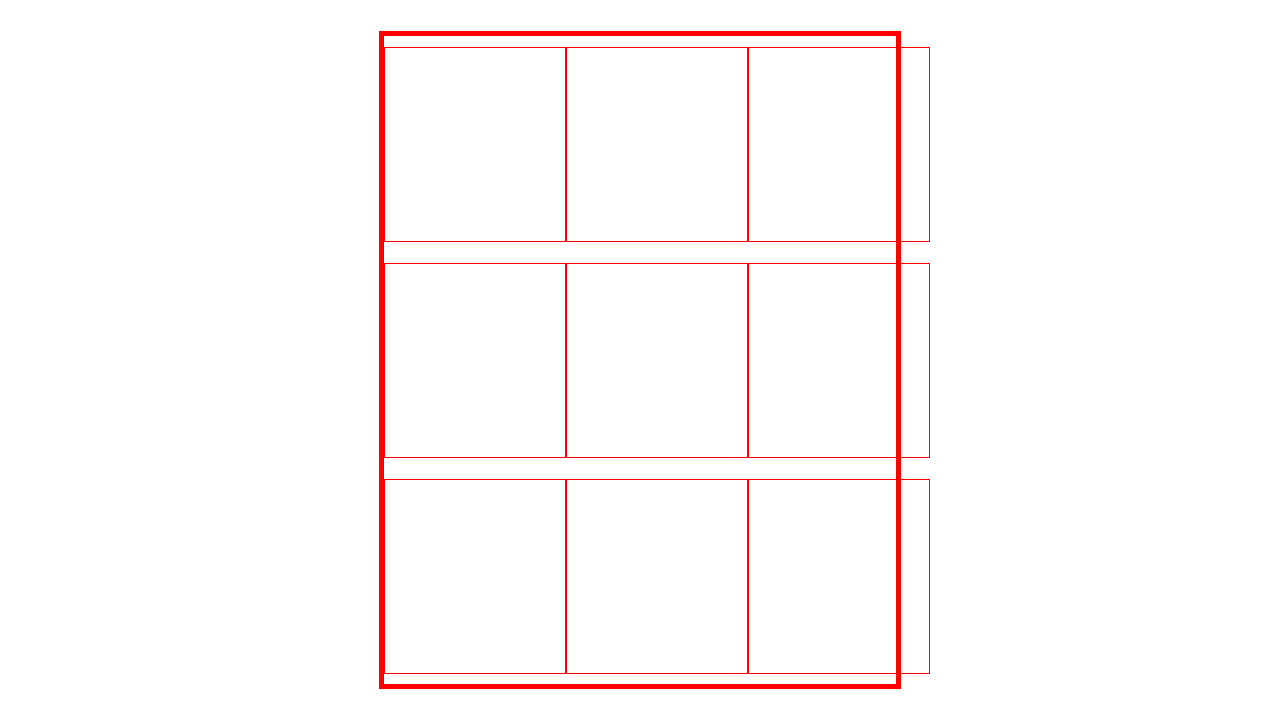
Repository: kocokoy/TOP-tic-tac-toe
Page: index.html
An editor plug-in stored every save of this project. The page is shown before and after the next save, followed by the edit.
The browser window is 1280 px wide. The pictures show the whole page.

Above is the page before, as saved 2024-11-08 14:27:19.

### index.html
<!DOCTYPE html>
<html lang="en">
<head>
  <meta charset="UTF-8">
  <meta name="viewport" content="width=device-width, initial-scale=1.0">
  <link rel="stylesheet" href="/styles/style.css">
  <title>Document</title>
</head>
<body>
 <div class='container'>
  <div class="gameboard">

  </div>
 </div>
<script src="/javascripts/scripts.js"></script>
</body>
</html>

### styles/style.css
body{
  padding: 0;
  margin: 0;
  height: 100vh;
  font-family: Arial, Helvetica, sans-serif;
}
.container{
  height:100%;
  display: flex;
  justify-content: center;
  align-items: center;
}
.gameboard{
  display: grid;
  grid-template-columns: 1fr 1fr 1fr;
  justify-items: center;
  align-items: center;
  border: 5px solid red;
  width: 40%;
  height: 90%;
}
.gameboard div{
  border: 1px solid red;
  height: 193px;
  width: 180px;
  cursor: pointer;
  color: tomato;
  display: flex;
  justify-content: center;
  align-items: center;
  font-size: 100px;
}

### javascripts/scripts.js
const gameBoardElement = document.querySelector('.gameboard');

const gameBoard = {
  gameBoard : Array(9).fill(null)
}
const players = {
  player1: 'X',
  player2: 'O',
}



startGame();

function startGame(){
  createGameBoard();
  gameBoardBoxClicked();
}

function createGameBoard(){
  for(let i = 0; i < 9; i++){
    const div = document.createElement('div');
    div.setAttribute('data-id',i);
    gameBoardElement.appendChild(div);
  }
}

function gameBoardBoxClicked(){
  let playing = '';
  let turn = false;
  gameBoardElement.addEventListener('click', (e) => {
    const boxClicked = e.target;

      if(checkButtonIsClicked(boxClicked)){
        return;
      }

      if (turn) {
        playing = players.player2;
        turn = false;
      } else {
        playing = players.player1;
        turn = true;
      }

  boxClicked.textContent = playing;
  boxClicked.setAttribute('data-clicked', 'true');
  updateGameBoardArray(boxClicked,playing);
});
}

function checkButtonIsClicked(boxClicked){
  if (boxClicked.getAttribute('data-clicked') === 'true') {
    return true;
    }
}

function updateGameBoardArray(box,playing){
  const id = box.getAttribute("data-id");
  gameBoard.gameBoard[id] = playing;
  console.log(gameBoard.gameBoard);
  console.log(gameBoard.gameBoard[id]);
  checkWinner(id);
}


function checkWinner(id){
  const winningMoves = [
    [0,1,2],
    [3,4,5],
    [6,7,8],
    [0,3,6],
    [1,4,7],
    [2,5,8],
    [0,4,8],
    [2,4,6]
  ]

  for (let i = 0; i < winningMoves.length; i++) {
    const [a, b, c] = winningMoves[i];
    console.log(gameBoard.gameBoard[a]);
    // if (gameBoard.gameBoard[a] && gameBoard.gameBoard[a] === gameBoard.gameBoard[b] && gameBoard.gameBoard[a] === gameBoard.gameBoard[c]) {
    //   console.log(gameBoard.gameBoard[a]);
    // }
  }
}

After the next save:
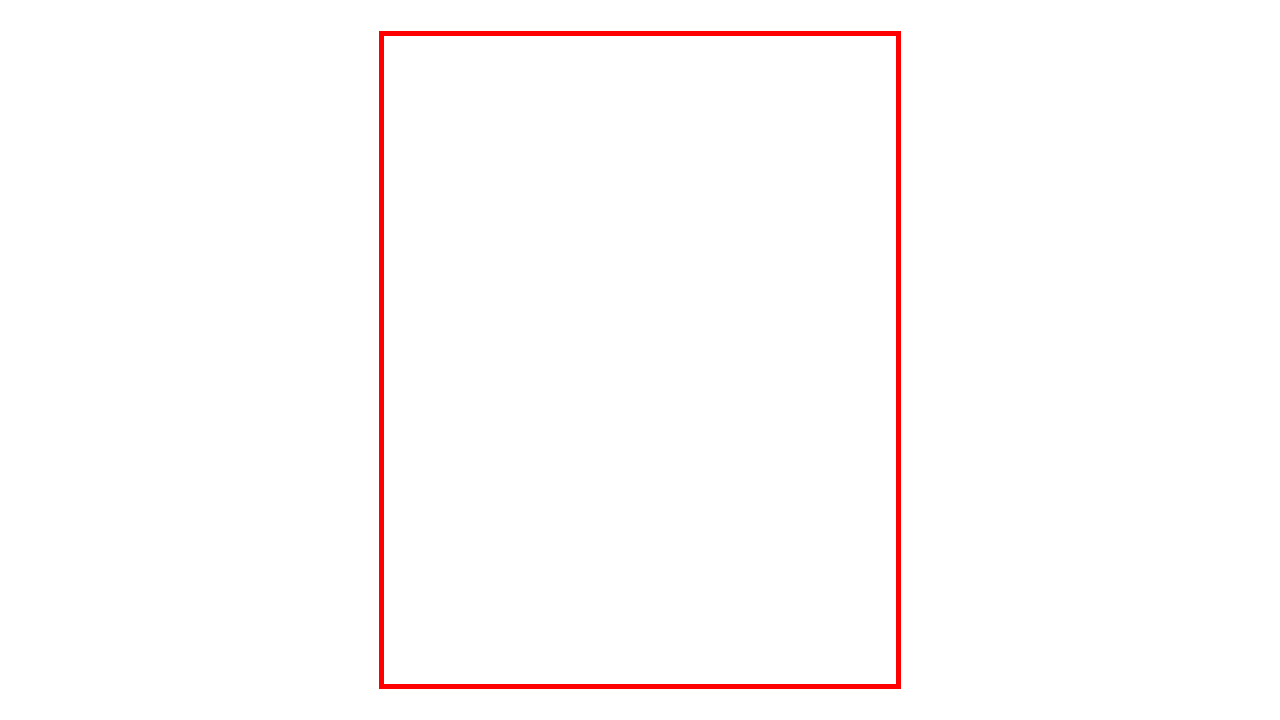
Console error: SyntaxError: Unexpected token '.'
Saved 77 s later.
--- a/javascripts/scripts.js
+++ b/javascripts/scripts.js
@@ -60,11 +60,11 @@
   gameBoard.gameBoard[id] = playing;
   console.log(gameBoard.gameBoard);
   console.log(gameBoard.gameBoard[id]);
-  checkWinner(id);
+  checkWinner(gameBoard.gameBoard);
 }
 
 
-function checkWinner(id){
+function checkWinner(gameBoard.gameBoard){
   const winningMoves = [
     [0,1,2],
     [3,4,5],

After the save that followed:
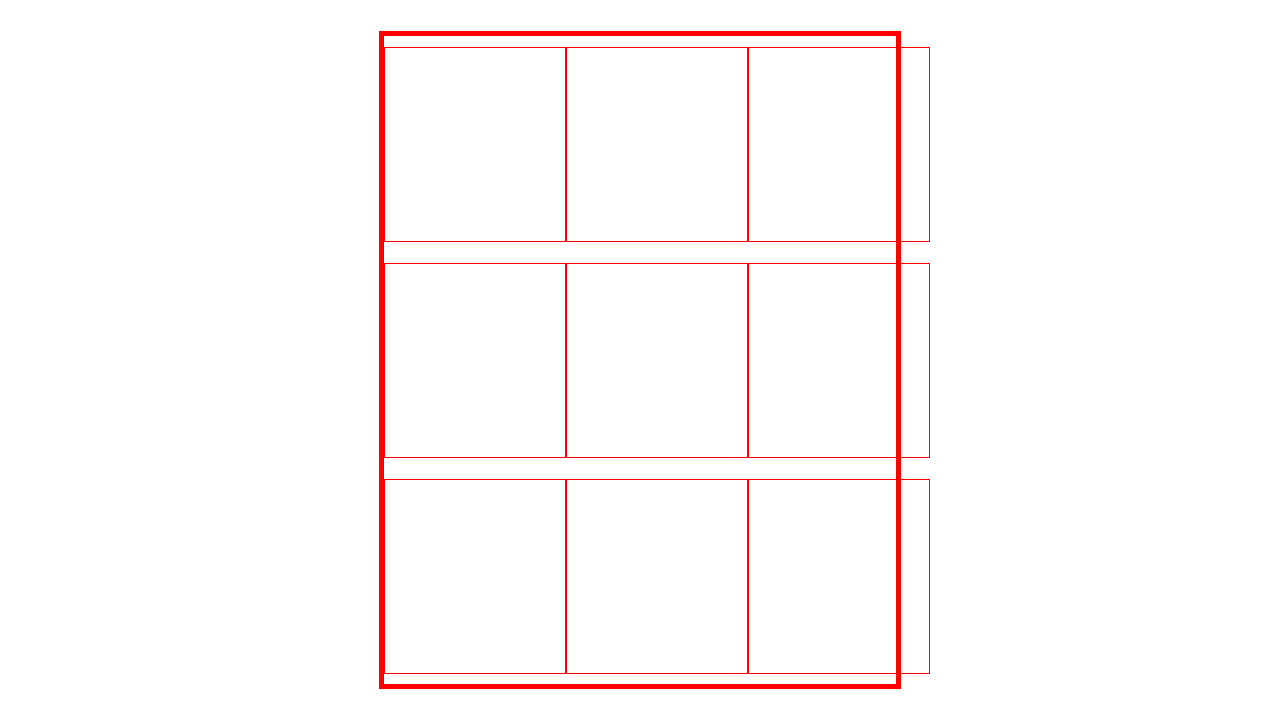
The error is gone.
Saved 15 s later.
--- a/javascripts/scripts.js
+++ b/javascripts/scripts.js
@@ -64,7 +64,7 @@
 }
 
 
-function checkWinner(gameBoard.gameBoard){
+function checkWinner(gameBoard){
   const winningMoves = [
     [0,1,2],
     [3,4,5],
@@ -78,7 +78,7 @@
 
   for (let i = 0; i < winningMoves.length; i++) {
     const [a, b, c] = winningMoves[i];
-    console.log(gameBoard.gameBoard[a]);
+    console.log(gameBoard[a]);
     // if (gameBoard.gameBoard[a] && gameBoard.gameBoard[a] === gameBoard.gameBoard[b] && gameBoard.gameBoard[a] === gameBoard.gameBoard[c]) {
     //   console.log(gameBoard.gameBoard[a]);
     // }
